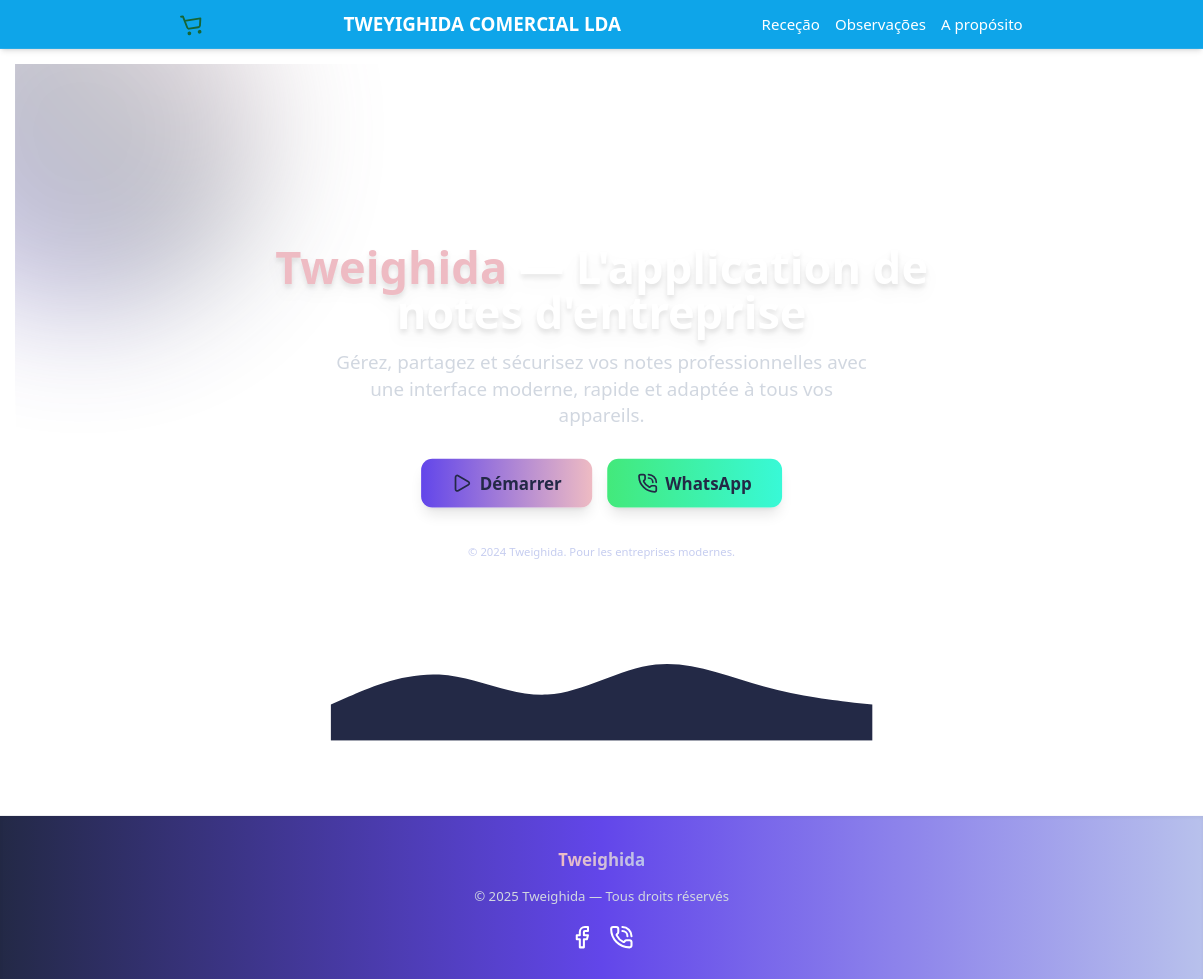
Repository: lamatmed/Tweighida
Page: /
These files come from the project's save history. The page is drawn as it stood at one moment and after a run of saves; the edit follows.
The browser window is 1280 px wide. The pictures show the whole page, at 94% of full size.
The project was rebuilt for these pictures with package versions that can differ from the ones it lists, and the page was loaded fresh each time. The framework's server and built-in components were replaced by stand-ins that run in the browser. Also part of the build but not shown: next.config.mjs.

Above is the page before, as saved 2025-09-06 20:36:57.

### src/app/layout.tsx
import type { Metadata } from "next"
import Navbar from "./components/Navbar";
import Footer from "./components/Footer";
import '../styles/globals.css'
export const metadata: Metadata = {
  title: "Tweighida comercial LDA",
  description: "App de notes comme archive",
  icons: {
    icon: "/R.png", // Remplace par le chemin de ton icône
    shortcut: "/logo.png",
    apple: "/logo.png",
  },
};

export default function RootLayout({
  children,
}: Readonly<{
  children: React.ReactNode
}>) {
  return (
    <html lang="en">
      <head>
      <link
        href="https://fonts.googleapis.com/icon?family=Material+Icons"
        rel="stylesheet"
      />
      </head>
      <body>  <div className="flex flex-col min-h-screen">
      <Navbar />
      <main className="flex-grow p-4">{children}</main>
      <Footer />
    </div></body>
    </html>
  );
}

### src/app/page.tsx
import Hero from "./components/Hero";

export default function Home() {
  return (
    <Hero />
  )
}

### src/app/components/Navbar.tsx
'use client'
import { useState } from "react";
import { FileText, Home, Info, Menu, ShoppingCartIcon, X } from "lucide-react"; // Icônes pour le menu mobile
import { motion } from "framer-motion";
import { BsRobot } from "react-icons/bs";
export default function Navbar() {
  const [isOpen, setIsOpen] = useState(false);

  return (
    <nav className="bg-sky-500 text-white p-3 shadow-md">
      <div className="max-w-4xl mx-auto flex justify-between items-center">
      <motion.div
  animate={{ rotate: [0, 10, -10, 0] }}
  transition={{ repeat: Infinity, duration: 1.5, ease: "easeInOut" }}
>
  <ShoppingCartIcon fontSize="large" className="text-green-800" />
</motion.div>

        <h1 className="text-xl font-bold">TWEYIGHIDA COMERCIAL LDA</h1>

        {/* Bouton Menu pour mobile */}
        <button
          className="lg:hidden block focus:outline-none"
          onClick={() => setIsOpen(!isOpen)}
        >
          {isOpen ? <X size={28} /> : <Menu size={28} />}
        </button>

        {/* Menu Desktop */}
        <ul className="hidden lg:flex space-x-4">
          <li><a href="/" className="hover:underline"> Receção</a></li>
          <li><a href="/notes" className="hover:underline">Observações</a></li>
          <li><a href="/about" className="hover:underline">A propósito</a></li>
        </ul>
      </div>

      {/* Menu Mobile */}
      {isOpen && (
       <ul className="lg:hidden flex flex-col items-center space-y-3 mt-3">
       <li>
         <a href="/" className="flex items-center gap-2 hover:underline" onClick={() => setIsOpen(false)}>
           <Home size={20} /> Receção
         </a>
       </li>
       <li>
         <a href="/notes" className="flex items-center gap-2 hover:underline" onClick={() => setIsOpen(false)}>
           <FileText size={15} /> Observações
         </a>
          </li>
          <li>
            <a href="/chat" className="flex items-center gap-2 hover:underline" onClick={() => setIsOpen(false)}>
              <BsRobot size={15} /> AI
            </a>
          </li>
          <li>

         <a href="/about" className="flex items-center gap-2 hover:underline" onClick={() => setIsOpen(false)}>
           <Info size={15} /> A propósito
         </a>
       </li>
     </ul>

      )}
    </nav>
  );
}

### src/app/components/Footer.tsx
import { Facebook, PhoneCall } from "lucide-react";

export default function Footer() {
  return (
    <footer className="bg-gradient-to-r from-[#232946] via-[#6246ea] to-[#b8c1ec] text-white text-center py-8 mt-16 shadow-inner">
      <div className="max-w-5xl mx-auto flex flex-col items-center gap-3 px-4">
        <div className="flex items-center gap-2 mb-1">
          <span className="text-lg font-bold bg-gradient-to-r from-[#eebbc3] to-[#b8c1ec] bg-clip-text text-transparent">Tweighida</span>
        </div>
        <p className="text-xs sm:text-sm text-[#d1d7e0]">© {new Date().getFullYear()} Tweighida — Tous droits réservés</p>
        <div className="flex space-x-4 mt-2">
          <a href="https://www.facebook.com" target="_blank" rel="noopener noreferrer" className="hover:scale-110 hover:text-[#eebbc3] transition-transform">
            <Facebook size={26} />
          </a>
          <a href="https://wa.me/244939465408" target="_blank" rel="noopener noreferrer" className="hover:scale-110 hover:text-[#43e97b] transition-transform">
            <PhoneCall size={26} />
          </a>
        </div>
      </div>
    </footer>
  );
}

### src/app/components/Hero.tsx
'use client';

import { useState, useEffect } from "react";
import Loader from "./Loader";
import { motion } from "framer-motion";
import { PhoneCallIcon, PlayIcon } from "lucide-react";

export default function Hero() {
  const [loading, setLoading] = useState(true);

  useEffect(() => {
    const timer = setTimeout(() => {
      setLoading(false);
    }, 1000);
    return () => clearTimeout(timer);
  }, []);

  if (loading) {
    return <Loader />;
  }

  return (
    <section className="relative w-full min-h-screen flex items-center justify-center text-center bg-gradient-to-br from-[#23294] via-blue-500 to-blue-500 text-white px-4 overflow-hidden">
      {/* Decorative blob */}
      <div className="absolute -top-32 -left-32 w-[400px] h-[400px] bg-gradient-to-tr from-[#6246ea] via-[#232946] to-[#eebbc3] opacity-30 rounded-full blur-3xl z-0" aria-hidden="true" />
      <div className="w-full max-w-3xl px-6 py-16 md:py-24 z-10">
        <motion.h1
          className="text-3xl sm:text-4xl md:text-5xl font-extrabold mb-4 leading-tight drop-shadow-lg"
          initial={{ y: -10, opacity: 0 }}
          animate={{ y: 0, opacity: 1 }}
          transition={{ duration: 0.8, ease: 'easeInOut' }}
        >
          <span className="text-[#eebbc3]">Tweighida</span> — L'application de notes d'entreprise
        </motion.h1>
        <motion.p
          className="text-base sm:text-lg md:text-xl mb-8 max-w-xl mx-auto text-[#d1d7e0] font-medium"
          initial={{ y: 10, opacity: 0 }}
          animate={{ y: 0, opacity: 1 }}
          transition={{ duration: 1, delay: 0.2, ease: 'easeInOut' }}
        >
          Gérez, partagez et sécurisez vos notes professionnelles avec une interface moderne, rapide et adaptée à tous vos appareils.
        </motion.p>
        <div className="flex flex-col sm:flex-row gap-4 justify-center">
          <a
            href="/notes"
            className="px-8 py-3 text-lg font-semibold bg-gradient-to-r from-[#6246ea] to-[#eebbc3] text-[#232946] rounded-xl shadow-lg transition-all transform hover:scale-105 hover:shadow-2xl focus:outline-none focus:ring-2 focus:ring-[#6246ea] flex items-center gap-2"
          >
            <PlayIcon size={22} /> Démarrer
          </a>
          <a
            href="https://wa.me/244934808438"
            target="_blank"
            rel="noopener noreferrer"
            className="px-8 py-3 text-lg font-semibold bg-gradient-to-r from-[#43e97b] to-[#38f9d7] text-[#232946] rounded-xl shadow-lg transition-all transform hover:scale-105 hover:shadow-2xl focus:outline-none focus:ring-2 focus:ring-[#43e97b] flex items-center gap-2"
          >
            <PhoneCallIcon size={22} /> WhatsApp
          </a>
        </div>
        <div className="mt-10 text-xs text-[#b8c1ec] opacity-80">© 2024 Tweighida. Pour les entreprises modernes.</div>
      </div>
      {/* Decorative wave bottom */}
      <svg className="absolute bottom-0 left-0 w-full h-24 md:h-32 z-0" viewBox="0 0 1440 320" fill="none" xmlns="http://www.w3.org/2000/svg" aria-hidden="true">
        <path fill="#232946" fillOpacity="1" d="M0,224L48,202.7C96,181,192,139,288,144C384,149,480,203,576,197.3C672,192,768,128,864,117.3C960,107,1056,149,1152,176C1248,203,1344,213,1392,218.7L1440,224L1440,320L1392,320C1344,320,1248,320,1152,320C1056,320,960,320,864,320C768,320,672,320,576,320C480,320,384,320,288,320C192,320,96,320,48,320L0,320Z" />
      </svg>
    </section>
  );
}

### src/app/components/Loader.tsx

import React from 'react';
import styled from 'styled-components';

const Loader = () => {
  return (
    <StyledWrapper>
      <div className="loader" />
    </StyledWrapper>
  );
}

const StyledWrapper = styled.div`
  .loader {
   position: relative;
   width: 2.5em;
   height: 2.5em;
   transform: rotate(165deg);
  }

  .loader:before, .loader:after {
   content: "";
   position: absolute;
   top: 50%;
   left: 50%;
   display: block;
   width: 0.5em;
   height: 0.5em;
   border-radius: 0.25em;
   transform: translate(-50%, -50%);
  }

  .loader:before {
   animation: before8 2s infinite;
  }

  .loader:after {
   animation: after6 2s infinite;
  }

  @keyframes before8 {
   0% {
    width: 0.5em;
    box-shadow: 1em -0.5em rgba(225, 20, 98, 0.75), -1em 0.5em rgba(111, 202, 220, 0.75);
   }

   35% {
    width: 2.5em;
    box-shadow: 0 -0.5em rgba(225, 20, 98, 0.75), 0 0.5em rgba(111, 202, 220, 0.75);
   }

   70% {
    width: 0.5em;
    box-shadow: -1em -0.5em rgba(225, 20, 98, 0.75), 1em 0.5em rgba(111, 202, 220, 0.75);
   }

   100% {
    box-shadow: 1em -0.5em rgba(225, 20, 98, 0.75), -1em 0.5em rgba(111, 202, 220, 0.75);
   }
  }

  @keyframes after6 {
   0% {
    height: 0.5em;
    box-shadow: 0.5em 1em rgba(61, 184, 143, 0.75), -0.5em -1em rgba(233, 169, 32, 0.75);
   }

   35% {
    height: 2.5em;
    box-shadow: 0.5em 0 rgba(61, 184, 143, 0.75), -0.5em 0 rgba(233, 169, 32, 0.75);
   }

   70% {
    height: 0.5em;
    box-shadow: 0.5em -1em rgba(61, 184, 143, 0.75), -0.5em 1em rgba(233, 169, 32, 0.75);
   }

   100% {
    box-shadow: 0.5em 1em rgba(61, 184, 143, 0.75), -0.5em -1em rgba(233, 169, 32, 0.75);
   }
  }

  .loader {
   position: absolute;
   top: calc(50% - 1.25em);
   left: calc(50% - 1.25em);
  }`;

export default Loader;

### tailwind.config.js
/** @type {import('tailwindcss').Config} */
module.exports = {
  content: [
    "./pages/**/*.{js,ts,jsx,tsx}",
    "./components/**/*.{js,ts,jsx,tsx}",
    "./app/**/*.{js,ts,jsx,tsx}",
    "./src/**/*.{js,ts,jsx,tsx}",  // Ajoute cette ligne si ton projet est dans src/
  ],
  theme: {
    extend: {},
  },
  plugins: [],
};

Loaded but not shown: src/styles/globals.css (common file)

After the next 2 saves:
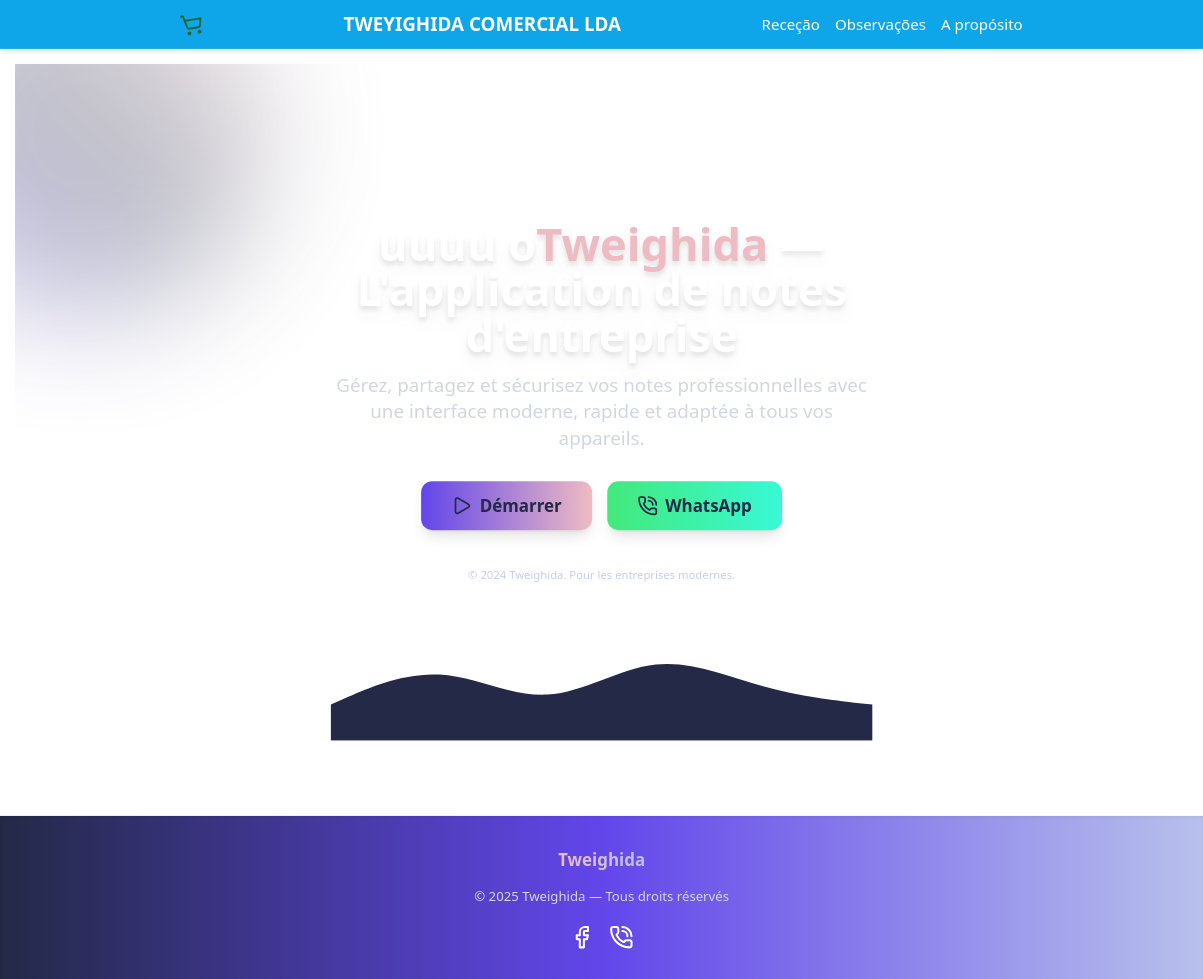
The 2 saves are shown as one change because 1 did not build or start.
The last was saved 9 min 47 s later.
--- a/src/app/components/Hero.tsx
+++ b/src/app/components/Hero.tsx
@@ -20,7 +20,7 @@
   }
 
   return (
-    <section className="relative w-full min-h-screen flex items-center justify-center text-center bg-gradient-to-br from-[#23294] via-blue-500 to-blue-500 text-white px-4 overflow-hidden">
+    <section className="relative w-full min-h-screen flex items-center justify-center text-center bg-gradient-to-br from-[#2329909898898]o via-blue-500 to-blue-500 text-white px-4 overflow-hidden">
       {/* Decorative blob */}
       <div className="absolute -top-32 -left-32 w-[400px] h-[400px] bg-gradient-to-tr from-[#6246ea] via-[#232946] to-[#eebbc3] opacity-30 rounded-full blur-3xl z-0" aria-hidden="true" />
       <div className="w-full max-w-3xl px-6 py-16 md:py-24 z-10">
@@ -30,6 +30,7 @@
           animate={{ y: 0, opacity: 1 }}
           transition={{ duration: 0.8, ease: 'easeInOut' }}
         >
+uuuu          o
           <span className="text-[#eebbc3]">Tweighida</span> — L'application de notes d'entreprise
         </motion.h1>
         <motion.p
